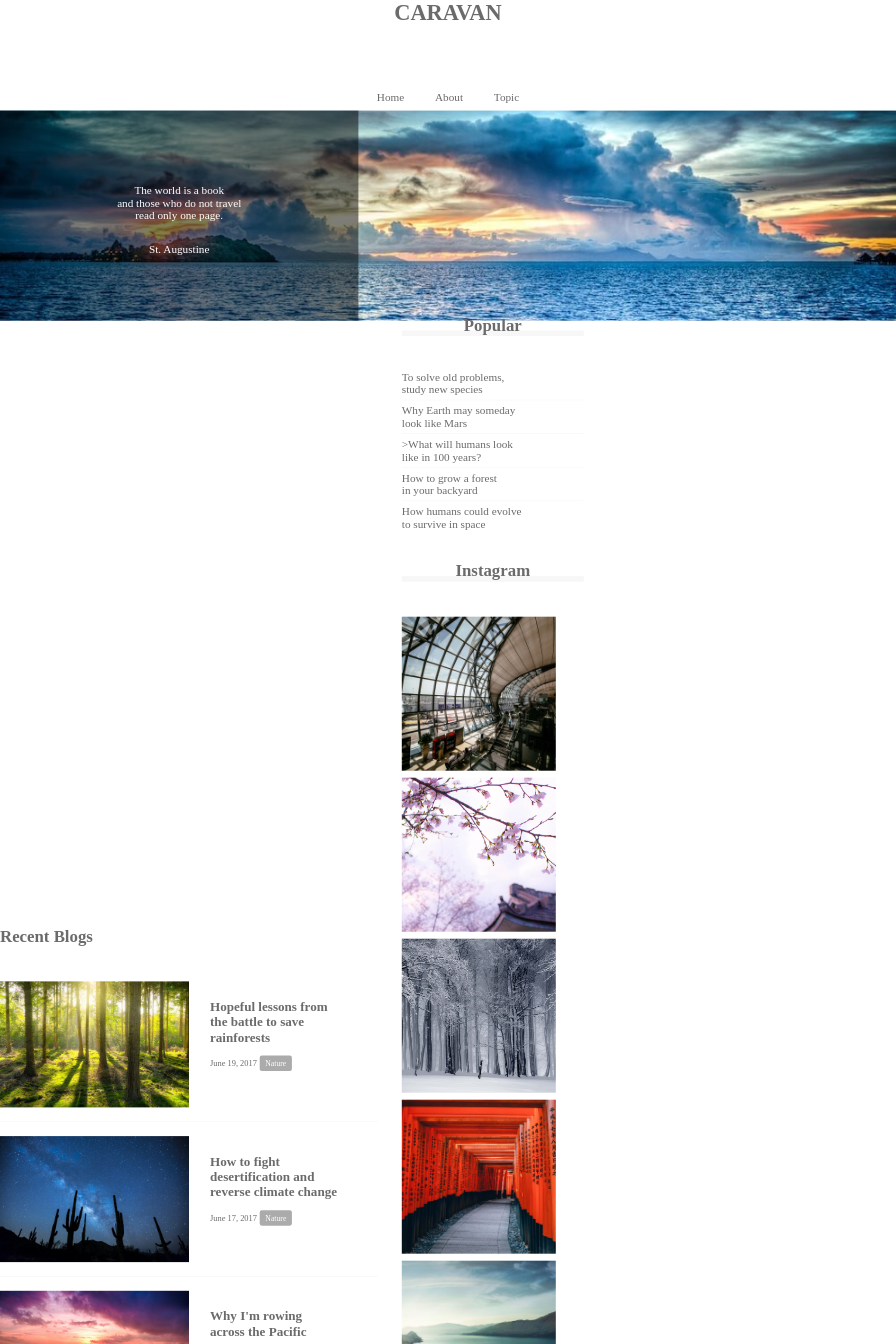
Repository: 220416/kadai1
Page: caravan/index.html
The author's editor kept a record of every edit. The page is drawn from the files as they stood at one moment, then again after the next edit.
The browser window is 1280 px wide. The pictures show the part of the page from y = 0 to 1920 px (the page is 2751 px tall before and 4013 px after), at 70% of full size.

Above is the page before.

### caravan/index.html
<!DOCTYPE html>
<html lang="ja">
  <head>
    <meta charset="UTF-8" />
    <!-- CSSファイルの読み込み -->
    <link rel="stylesheet" href="style.css" />
    <title>CARAVAN</title>
  </head>
  <body>
    <header>
      <h1 class="heading">
        <a href="index.html">CARAVAN</a>
        </h1>
    </header>

    <nav>
      <ul class="nav-list">
        <li class="nav-list-item">
          <a href="index.html">Home</a>
        </li>
        <li class="nav-list-item">About</li>
        <li class="nav-list-item">Topic</li>
      </ul>
    </nav>

    <div class="main-visual">
      <div class="main-visual-content">
        <p class ="main-visual-text">
          The world is a book<br />
          and those who do not travel <br />
          read only one page.</p>
        <p class="main-visual-name">St. Augustine</p>
      </div>
    </div>


    <main>
      <section class="blog">
        <h2 class="blog-headline">Recent Blogs</h2>

        <div class="blog-box">
          <div class="blog-item">
          <img class="blog-image" src="img/img/forest.jpg">
          <section class="blog-text">
            <h3 class="blog-text-headline">
              <a href="single.html">
                Hopeful lessons from<br>
                the battle to save<br>
                rainforests
              </a>
            </h3>
            <p class="blog-date">June 19, 2017</p>
            <span class="category">Nature</span>
          </section>
          </div>

          <div class="blog-item">
          <img class="blog-image" src="img/img/desert.jpg">
          <section class="blog-text">
            <h3 class="blog-text-headline">
              <a href="single.html">
                How to fight<br />
                desertification and<br />
                reverse climate change
              </a>
            </h3>
            <p class="blog-date">June 17, 2017</p>
            <span class="category">Nature</span>
          </section>
          </div>

          <div class="blog-item">
          <img class="blog-image" src="img/img/sunset.jpg">
          <section class="blog-text">
            <h3 class="blog-text-headline">
              <a href="single.html">
                 Why I'm rowing<br />
                across the Pacific
              </a>
            </h3>
            <p class="blog-date">June 16, 2017</p>
            <span class="category">Nature</span>
          </section>
          </div>

          <div class="blog-item">
          <img class="blog-image" src="img/img/italy.jpg">
          <section class="blog-text">
            <h3 class="blog-text-headline">
              <a href="single.html">
                Unseen footage,<br />
                untamed nature
              </a>
            </h3>
            <p class="blog-date">June 15, 2017</p>
            <span class="category">Nature</span>
          </section>
          </div>

          <div class="blog-item">
          <img class="blog-image" src="img/img/asia.jpg">
          <section class="blog-text">
            <h3 class="blog-text-headline">
              <a href="single.html">
                The case for<br />
                engineering our food
              </a>
            </h3>
            <p class="blog-date">June 14, 2017</p>
            <span class="category">Calture</span>
          </section>
          </div>
        </div>
        <div class="pagination">
          <p><<<</p>
          <p><</p>
          <p>1</p>
          <p>2</p>
          <p>3</p>
          <p>></p>
          <p>>>></p>
        </div>
      </section>


      <div class="sidebar">
        <section class="popular">
          <h2 class="popular-heading common-heading">Popular</h2>
          <div class="sidebar-contents">
            <p class="popular-text">To solve old problems,<br>study new species</p>
            <p class="popular-text">Why Earth may someday<br>look like Mars</p>
            <p class="popular-text">>What will humans look<br>like in 100 years?</p>
            <p class="popular-text">How to grow a forest<br>in your backyard</p>
            <p class="popular-text">How humans could evolve<br>to survive in space</p>
          </div>
        </section>

        <section class="instagram">
          <h2 class="instagram-heading common-heading">Instagram</h2>
          <div class="sidebar-contents">
            <div class="instagram-box"></div>
            <div class="instagram-box"></div>
            <div class="instagram-box"></div>
            <div class="instagram-box"></div>
            <div class="instagram-box"></div>
            <div class="instagram-box"></div>
          </div>
        </section>

        <section class="categories">
          <h2 class="categories-heading common-heading">Categories</h2>
          <div class="sidebar-contents">
            <p class="categories-text">Technology(15)</p>
            <p class="categories-text">Business(23)</p>
            <p class="categories-text">Entertainment(12)</p>
            <p class="categories-text">Nature(32)</p>
            <p class="categories-text">Education(9)</p>
            <p class="categories-text">Adventure(23)</p>
            <p class="categories-text">Communication(14)</p>
          </div>
        </section>
      </div>
    </main>

    <footer>
      <p class="footer-text">© All rights reserved by Infratop.Inc.</p>
    </footer>
  </body>
</html>

### caravan/style.css
* {
  margin: 0;
  padding: 0;
  box-sizing: border-box;
  color: #6c6b6b;
}

a{
  text-decoration: none;
}
header{
  width: 100%;
  height: 120px;
  text-align:center;
  position:relative;
}

.social{
  display: inline-block;
  margin-left:20px;
  position: absolute;
  top:22px;
  right:22px;
}

header heading{
  font-size:32px;
}

.nav-list{
  text-align:center;
  padding:10px 0;
  margin:0 auto;
}

.nav-list-item{
  list-style:none;
  display:inline-block;
  margin: 0 20px;
}
.main-visual{
  width: 100%;
  height: 300px;
  background-image:url(img//img/mv.jpg);
  background-size:cover;
  background-position:center;
}

.main-visual-content{
  width: 40%;
  height: 300px;
  background-color: rgba(0,0,0,0.5);
  text-align: center;
  padding-top:105px;
}

.main-visual-text{
  color:#fff;
}

.main-visual-name{
  margin-top: 30px;
  color:#fff;
}

.main{
  width: 800px;
  display:flex;
  justify-content:center;
  margin:0 auto;
  padding:70px 0;
}

.blog{
  width: 540px;
  display:inline-block;
  margin-right: 30px;
  }


.blog-heading{
  border-bottom: 8px solid #f7f7f7;
  text-align:center;
  line-height:0.6px;
  margin:30px;
}

.blog-box{
  padding-top:50px;
}

.blog-item{
  padding-bottom: 20px;
  margin-bottom: 20px;
  border-bottom:1px solid #f7f7f7;
  display:flex;
  justify-content:flex-start;
}

.blog-image{
  height: 180px;
}

.blog-text{
  padding:25px 0 0 30px;
}

.blog-text-headline{
  padding-bottom: 15px;
}
.blog-date{
  font-size: 12px;
  display: inline-block;
}
.category{
  display:inline-block;
  padding: 5px 8px;
  background-color: #acabab;
  border-radius:3px;
  color: #fff;
  font-size:11px;
}

.pagination{
  text-align: center;
  padding-top: 50px;
}

.pagination p{
  display:inline-block;
  width: 30px;
  height: 30px;
  margin:0 5px;
  color:#fff;
  background-color:#acabab;
  border-radius:3px;
  line-height:30px;
}

.sidebar{
  width: 260px;
  height: 100%;
  display:inline-block;
}


.common-heading{
  border-bottom:8px solid #f7f7f7;
  text-align: center;
  line-height:0.6;
}

.sidebar-contents{
  padding: 50px 0;
}

.popular-text,
.categories-text{
  padding-bottom: 5px;
  border-bottom: 1px solid #f7f7f7;
  margin-bottom:6px;
}

.popular-text:last-child,
.categories-text:last-child{
  margin: 0;
  padding: 0;
  border:none;
}

.instagram .sidebar-contents{
  display:flex;
  flex-wrap:wrap;
}

.instagram-box{
  width: 110px;
  padding: 110px;
  background-size: cover;
  background-position:center;
  margin-bottom: 10px;
}

.instagram-box:nth-child(odd)  {
  margin: 0 10px 10px 0;
}

.instagram-box:nth-child(1){
  background-image:url(img/img/airport.jpg);
}

.instagram-box:nth-child(2){
  background-image:url(img/img/japan.jpg);
}

.instagram-box:nth-child(3){
  background-image:url(img/img/snow.jpg);
}

.instagram-box:nth-child(4){
  background-image:url(img/img/japan2.jpg);
}

.instagram-box:nth-child(5){
  background-image:url(img/img/lake.jpg);
}

.instagram-box:nth-child(6){
  background-image:url(img/img/road.jpg);
}

footer{
  width: 100%;
  height: 120px;
  text-align: center;
  line-height: 120px;
  background-color: #848282;
}

.footer-text{
  color:#fff;
}

After the next edit:
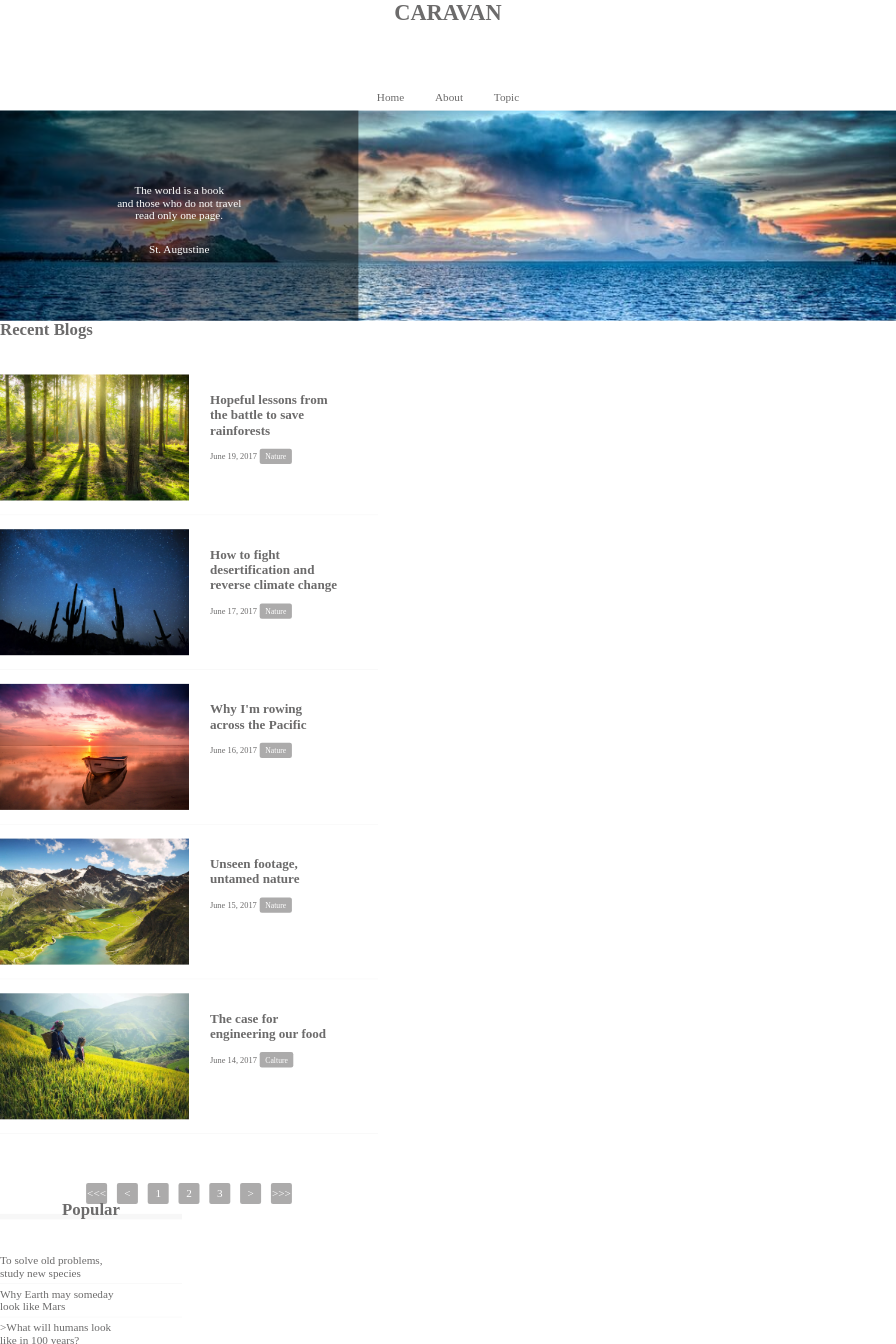
The edit:
--- a/caravan/index.html
+++ b/caravan/index.html
@@ -122,7 +122,7 @@
         </div>
       </section>
 
-
+      <div class="right">
       <div class="sidebar">
         <section class="popular">
           <h2 class="popular-heading common-heading">Popular</h2>
